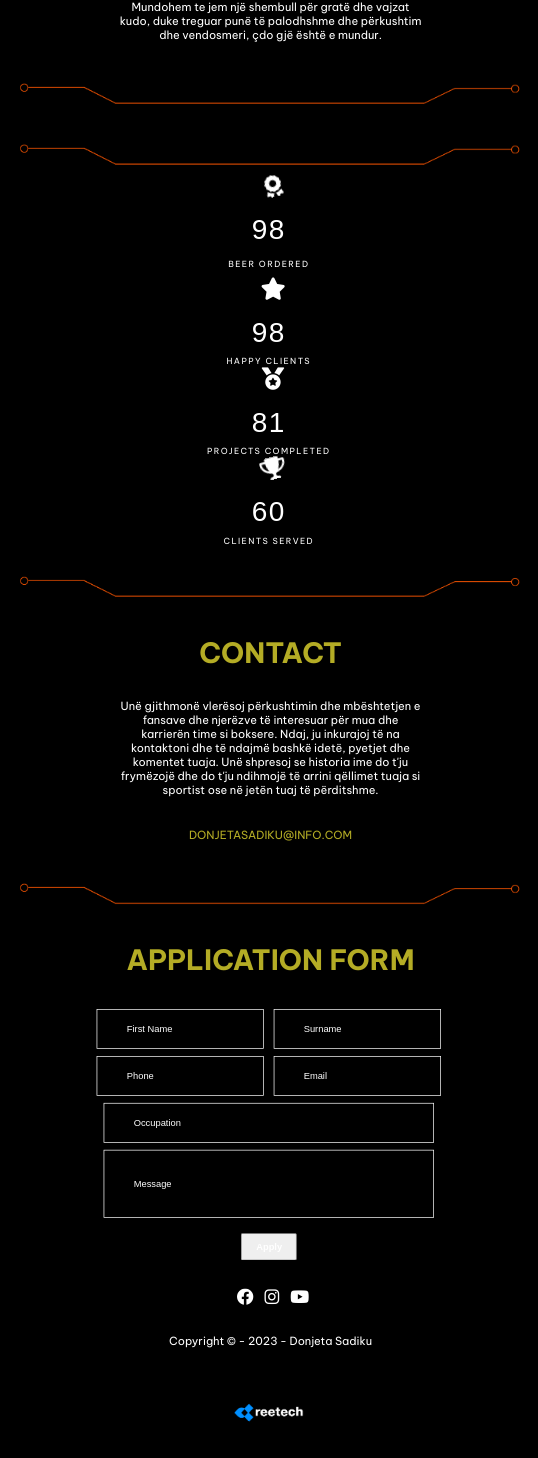
Repository: milot-morina/ds-boxing
Page: DS-Portfolio/index.html
The author's editor kept a copy of each file at every save. The page is drawn from the files as they stood at one save, then again after the next save.
The browser window is 768 px wide. The pictures show the part of the page from y = 3371 to 5611 px (the page is 5454 px tall before and 5634 px after), at 70% of full size.
A picture or video elsewhere on the page could not be fetched, so the positions and the page height are approximate.

Above is the page before, as saved 2023-03-22 08:41:44.

After the next save:
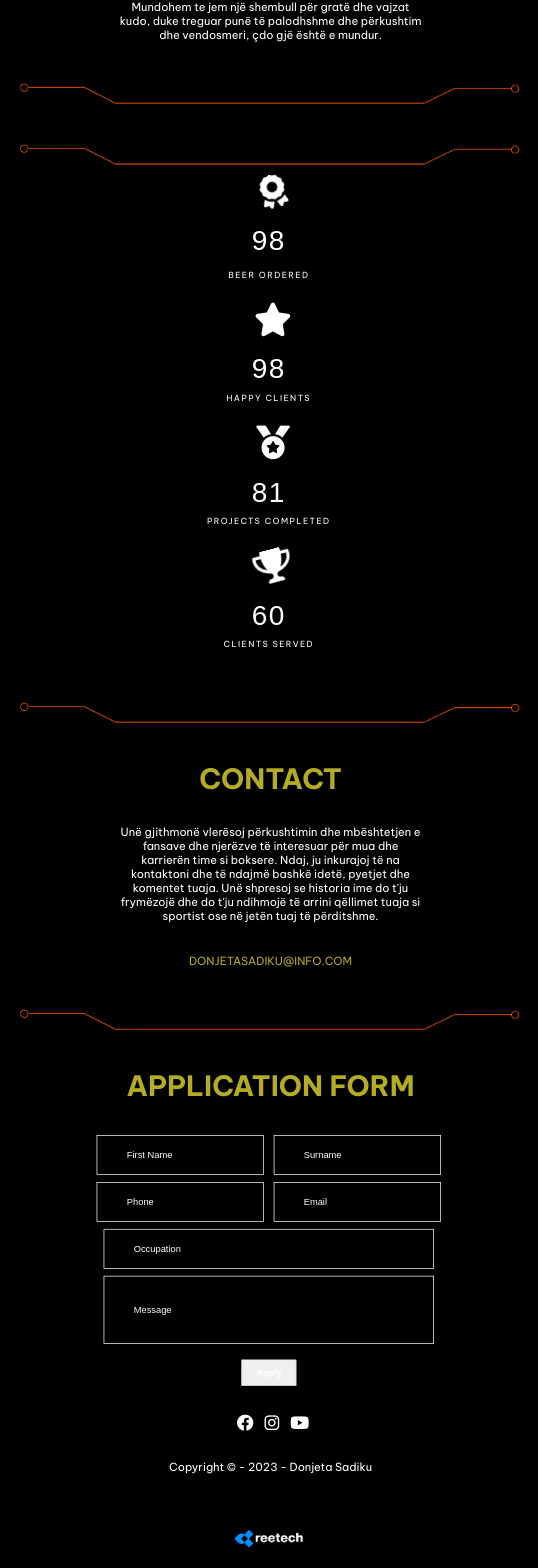
Saved 117 s later.
--- a/DS-Portfolio/style.css
+++ b/DS-Portfolio/style.css
@@ -397,11 +397,15 @@
   }
 }
 
+
+
 @media screen and (max-width: 768px) {
-  .counter-section i {
-    font-size: 2rem; /* decrease the font size on smaller screens */
-  }
-}
+  .counter-section {
+    margin-bottom: 2rem; /* add some margin below the counter sections */
+    padding-bottom: 0; /* remove the padding on smaller screens */
+  }
+}
+
 
 .row2 {
   display: flex;
